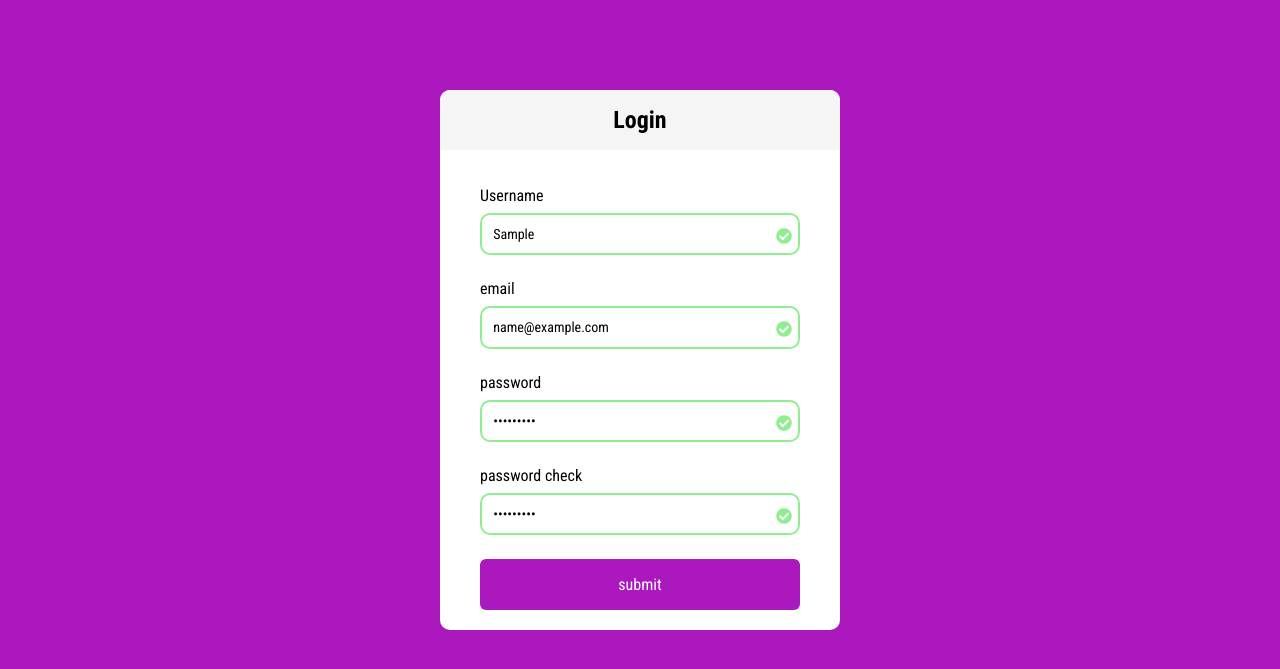
Repository: Abdoulrhman-altyeb/form-_validation-
Page: index.html
The author's editor kept a copy of each file at every save. The page is drawn from the files as they stood at one save, then again after a run of saves.
The browser window is 1280 px wide. The pictures show the whole page.
Empty fields were first filled with sample values (such as "Sample", 5 or name@example.com).
After loading, the first visible `form.form` was submitted once.

Above is the page before, as saved 2021-05-23 21:43:55.

### index.html
<!DOCTYPE html>
<html lang="en">
<head>
    <meta charset="UTF-8">
    <meta http-equiv="X-UA-Compatible" content="IE=edge">
    <meta name="viewport" content="width=device-width, initial-scale=1.0">
    <link rel="stylesheet" href="style.css">
    <link rel="stylesheet" href="https://cdnjs.cloudflare.com/ajax/libs/font-awesome/5.15.3/css/all.min.css"
        integrity="sha512-iBBXm8fW90+nuLcSKlbmrPcLa0OT92xO1BIsZ+ywDWZCvqsWgccV3gFoRBv0z+8dLJgyAHIhR35VZc2oM/gI1w=="
        crossorigin="anonymous" referrerpolicy="no-referrer" />
    <script src="script.js" defer></script>
    <title>form validation</title>
</head>
<body>
    <div class="container">
        <div class="header">
            <h2>Login</h2>
        </div>
        <form class="form">
            <div class="form-control">
                <label for="username">Username</label>
                <input type="text" placeholder="Turkey?" id="username">
                <i class="fa fa-check-circle"></i>
                <i class="fa fa-exclamation-circle"></i>
                <small>error message</small>
            </div>
            <div class="form-control">
                <label for="email">email</label>
                <input type="email" placeholder="name@email.com" id="email">
                <i class="fa fa-check-circle"></i>
                <i class="fa fa-exclamation-circle"></i>
                <small>error message</small>
            </div>
            <div class="form-control">
                <label for="password">password</label>
                <input type="password" placeholder="password" id="password">
                <i class="fa fa-check-circle"></i>
                <i class="fa fa-exclamation-circle"></i>
                <small>error message</small>
            </div>
            <div class="form-control">
                <label for="password2">password check</label>
                <input type="password" placeholder="password confirm" id="password2">
                <i class="fa fa-check-circle"></i>
                <i class="fa fa-exclamation-circle"></i>
                <small>error message</small>
            </div>
            <button type="submit" id="btn">submit</button>
        </form>
    </div>
</body>
</html>

### style.css
@import url('https://fonts.googleapis.com/css2?family=Roboto+Condensed:wght@400;700&display=swap');
*{
    padding:0;
    margin:0;
    box-sizing:border-box;
    font-family: 'Roboto Condensed', sans-serif;
}
body{
    display: flex;
    justify-content: center;
    align-items: center;
    min-height:100vh;
    background:rgb(171, 25, 190);
}
.container{
    background:white;
    width:400px;
    display: flex;
    flex-direction: column;
    border-radius:10px;
    overflow: hidden;
}
.header{
    text-align: center;
    padding:10px 40px;
    padding:1rem;
    background:whitesmoke;
    margin-bottom:1rem;
}
.form{
    padding:20px 40px;
}
.form-control{
    margin-bottom:0.5rem;
    padding-bottom:1rem;
    position: relative;
}
.form-control label{
    display: inline-block;
    margin-bottom:0.5rem;
}
.form-control input{
    display: block;
    border:2px solid #eee;
    width:100%;
    padding:0.7rem;
    font-size:14px;
    border-radius:10px;
    outline:none;
}
.form-control i {
    position: absolute;
    top: 42px;
    right:0.5rem;
    visibility: hidden;
}
.form-control small {
    position: absolute;
    font-size:0.95rem;
    bottom:0;
    left:5px;
    visibility: hidden;
}

#btn {
    display: block;
    width:100%;
    background:rgb(171, 25, 190);
    color:white;
    padding:1rem;
    border-radius: 6px;
    border:none;
    font-size:1rem;
    cursor: pointer;
}

.form-control.succes i.fa-check-circle{
    visibility: visible;
    color:lightgreen;
}
.form-control.succes input {
    border:2px solid lightgreen;
}


.form-control.error i.fa-exclamation-circle{
    visibility: visible;
    color:lightcoral;
}
.form-control.error input {
    border:2px solid lightcoral;
}
.form-control.error small {
    visibility: visible;
    color:lightcoral;
}

### script.js
const form = document.querySelector('.form');
const username = document.getElementById('username');
const email = document.getElementById('email');
const password = document.getElementById('password');
const password2 = document.getElementById('password2');


const checkInput = (e) => {
    e.preventDefault();
    const usernameValue = username.value.trim();
    const emailValue = email.value.trim();
    const passowrdValue = password.value.trim();
    const password2Value = password2.value.trim();
    if (usernameValue === '') {
        setError(username, ' username can not be blank');
    } else {
        setSucces(username)
    }

    if (emailValue === '') {
        setError(email,' email can not be blank')
    } else if (!vaildEmail(emailValue)) {
        setError(email,'email is not valid')
    } else {
        setSucces(email)
    }

    if (passowrdValue <= 0) {
        setError(password,' password can not be blank')
    } else if (passowrdValue < 6) {
        setError(password,'password can not be less than 6 chars')
    } else if (passowrdValue > 20) {
        setError(password,'password can not be more than 20')
    } else {
        setSucces(password)
    }


    if (password2Value <= 0) {
        setError(password2,' password can not be blank')
    } else if (password2Value !== passowrdValue){
        setError(password2,' passwords dose not match')
    }else {
        setSucces(password2)
    }
}

const vaildEmail = (email) => {
const re = /^(([^<>()\[\]\\.,;:\s@"]+(\.[^<>()\[\]\\.,;:\s@"]+)*)|(".+"))@((\[[0-9]{1,3}\.[0-9]{1,3}\.[0-9]{1,3}\.[0-9]{1,3}\])|(([a-zA-Z\-0-9]+\.)+[a-zA-Z]{2,}))$/;
  return re.test(String(email).toLowerCase());
}
const setError = (input, message) =>{
    const parentElement = input.parentElement;
    const small = parentElement.querySelector('small');
    parentElement.classList.remove('succes')
    parentElement.classList.add('error')
    small.innerText = message;
}

const setSucces = (input) =>{
    const parentElement = input.parentElement;
    parentElement.classList.remove('error')
    parentElement.classList.add('succes')
}

form.addEventListener('submit', checkInput);

After the next 2 saves:
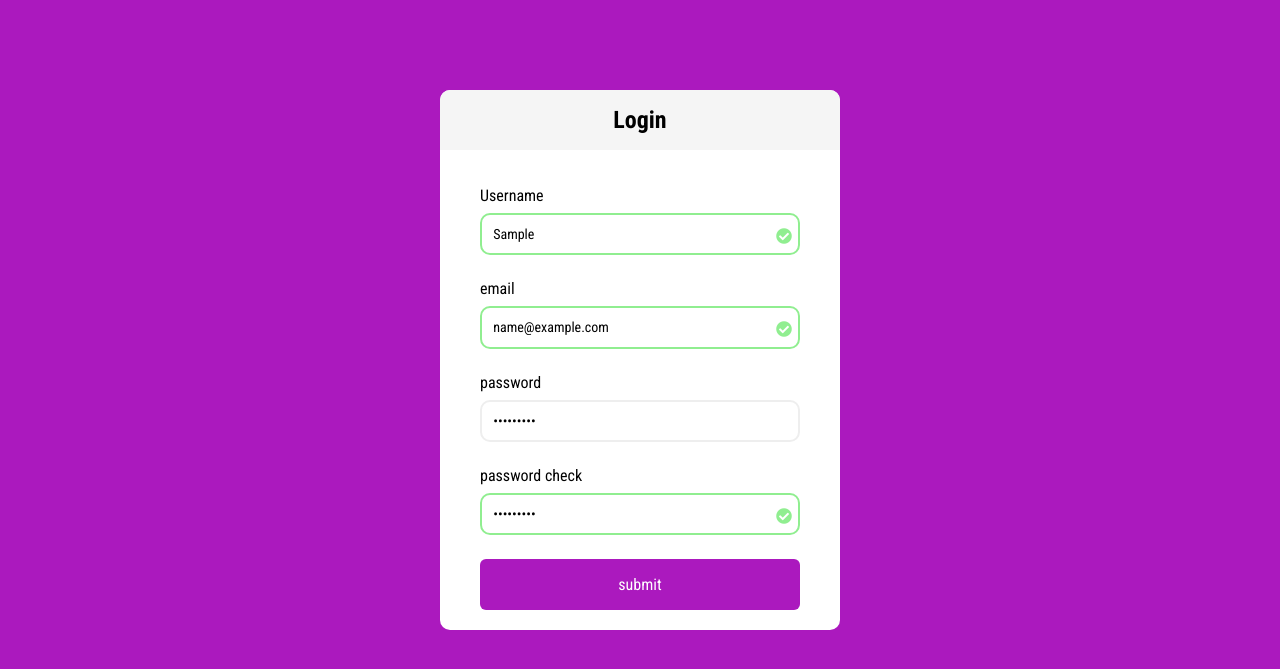
The 2 saves are shown as one change because they came seconds apart.
The last was saved 16 s later.
--- a/script.js
+++ b/script.js
@@ -26,14 +26,15 @@
     }
 
     if (passowrdValue <= 0) {
-        setError(password,' password can not be blank')
+        setError(password, ' password can not be blank')
     } else if (passowrdValue < 6) {
-        setError(password,'password can not be less than 6 chars')
+        setError(password, 'password can not be less than 6 chars')
     } else if (passowrdValue > 20) {
-        setError(password,'password can not be more than 20')
-    } else {
-        setSucces(password)
+        setError(password, 'password can not be more than 20')
     }
+    // } else {
+    //     setSucces(password)
+    // }
 
 
     if (password2Value <= 0) {

After the save that followed:
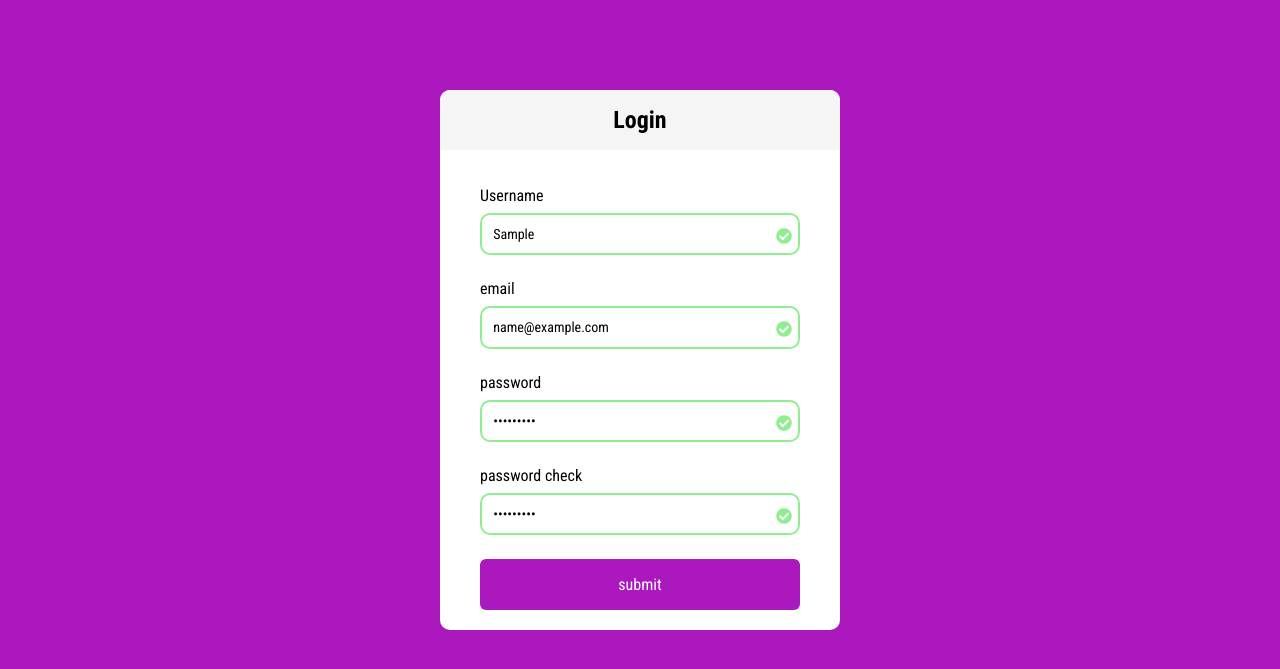
Saved 5 s later.
--- a/script.js
+++ b/script.js
@@ -26,15 +26,14 @@
     }
 
     if (passowrdValue <= 0) {
-        setError(password, ' password can not be blank')
+        setError(password,' password can not be blank')
     } else if (passowrdValue < 6) {
-        setError(password, 'password can not be less than 6 chars')
+        setError(password,'password can not be less than 6 chars')
     } else if (passowrdValue > 20) {
-        setError(password, 'password can not be more than 20')
+        setError(password,'password can not be more than 20')
+    } else {
+        setSucces(password)
     }
-    // } else {
-    //     setSucces(password)
-    // }
 
 
     if (password2Value <= 0) {
